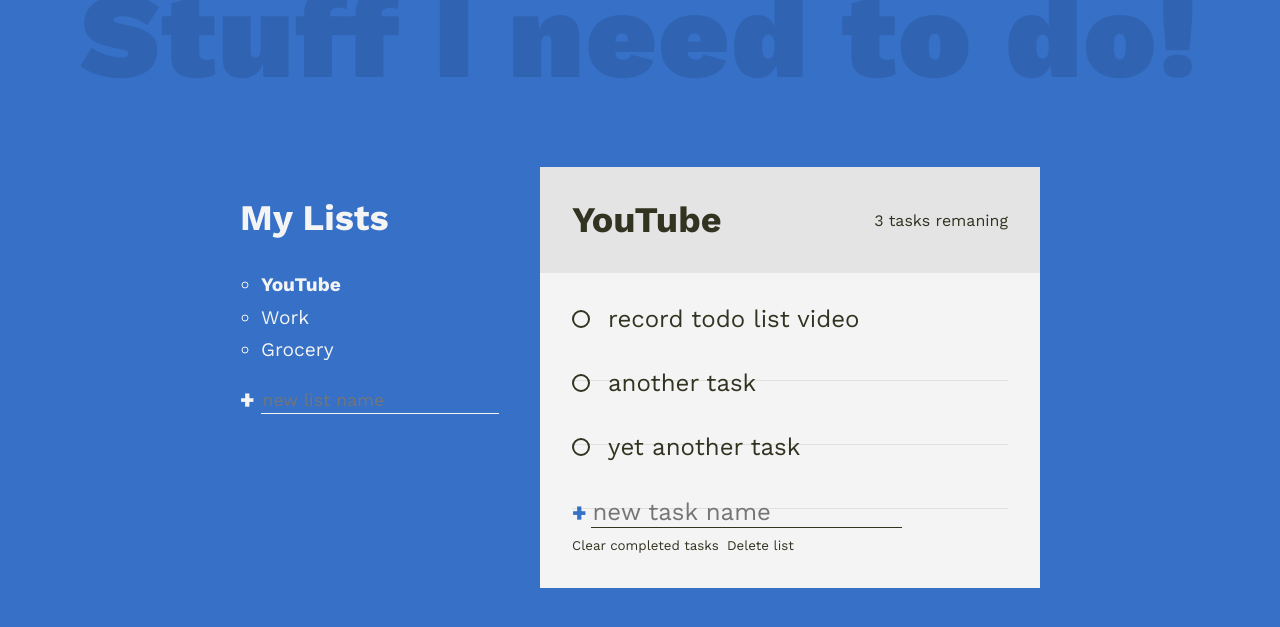
Repository: PratypartyY2K/JavaScript-Projects
Page: Better-ToDo-App/index.html
An editor plug-in stored every save of this project. The page is shown before and after the next save, followed by the edit.
The browser window is 1280 px wide. The pictures show the whole page.

Above is the page before, as saved 2021-07-06 02:04:42.

After the next save:
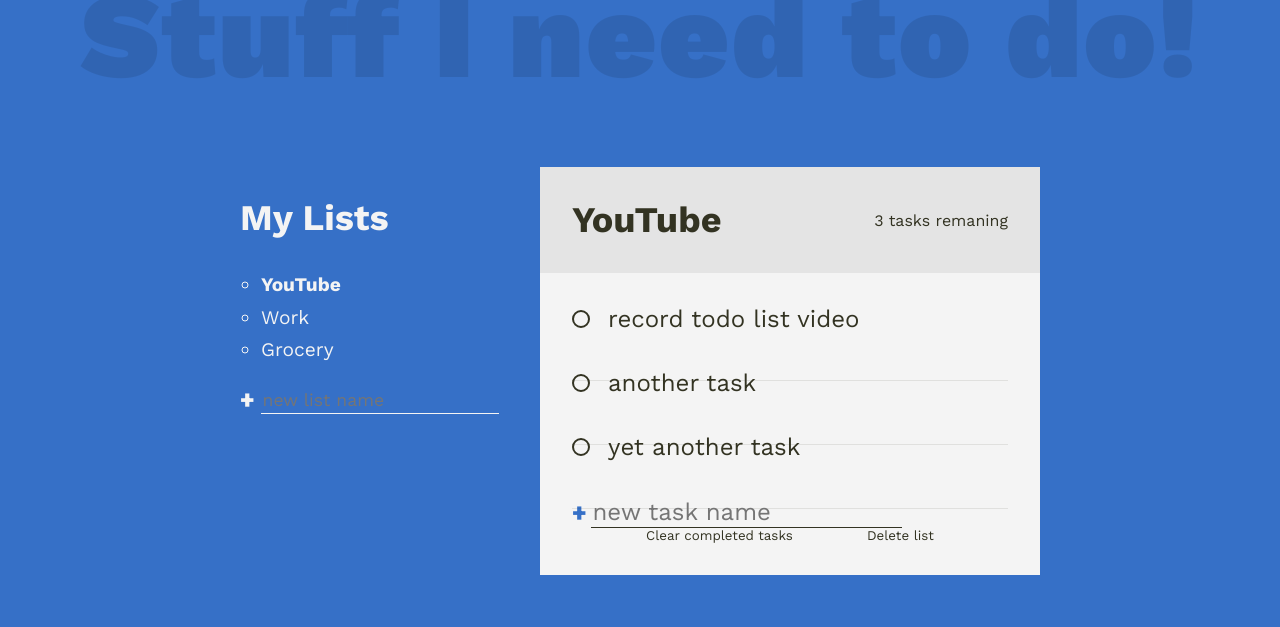
Saved 38 s later.
--- a/Better-ToDo-App/styles.css
+++ b/Better-ToDo-App/styles.css
@@ -230,3 +230,8 @@ form {
     transform: scaleX(1);
     transform-origin: left;
 }
+
+.delete-stuff {
+    display: flex;
+    justify-content: space-evenly;
+}
